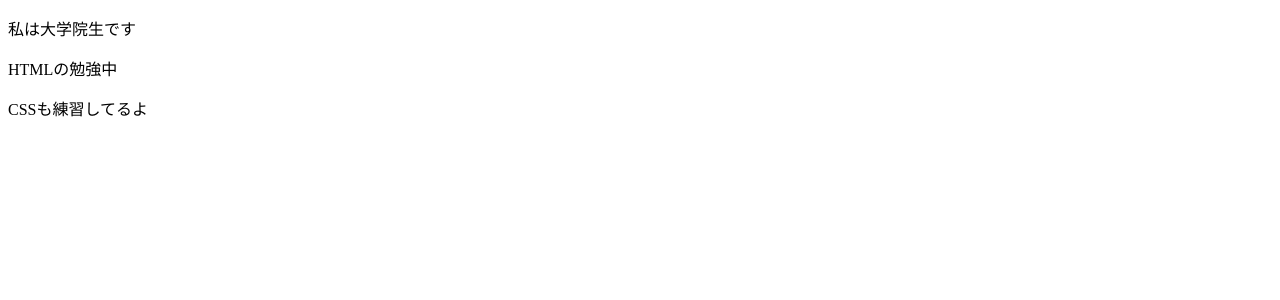
Repository: haruki-N/WebApp
Page: CSS/css_practice.html
The author's editor kept a record of every edit. The page is drawn from the files as they stood at one moment, then again after the next edit.
The browser window is 1280 px wide. The pictures show the whole page.

Above is the page before.

After the next edit:
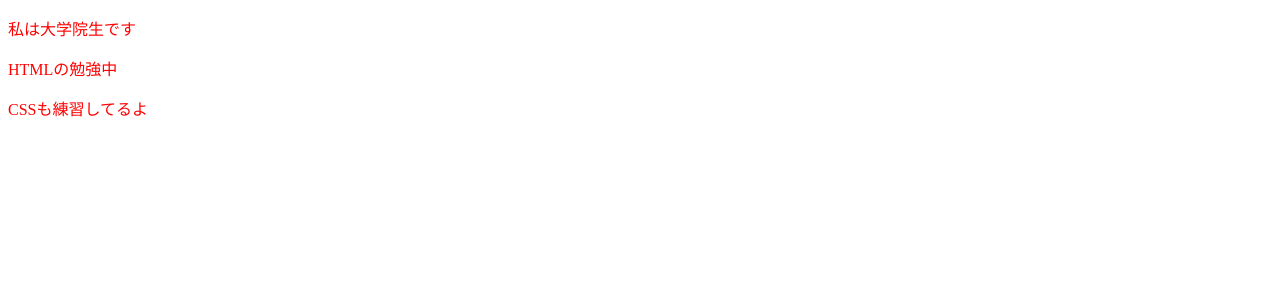
The edit:
--- a/CSS/css_practice.html
+++ b/CSS/css_practice.html
@@ -1,6 +1,7 @@
 <!DOCTYPE html>
 <html lang="ja">
 <head>
+    <link rel="stylesheet" href="practice.css" type="text/css" />
     <meta charset="UTF-8">
     <title>Practice Page for CSS</title>
 </head>
